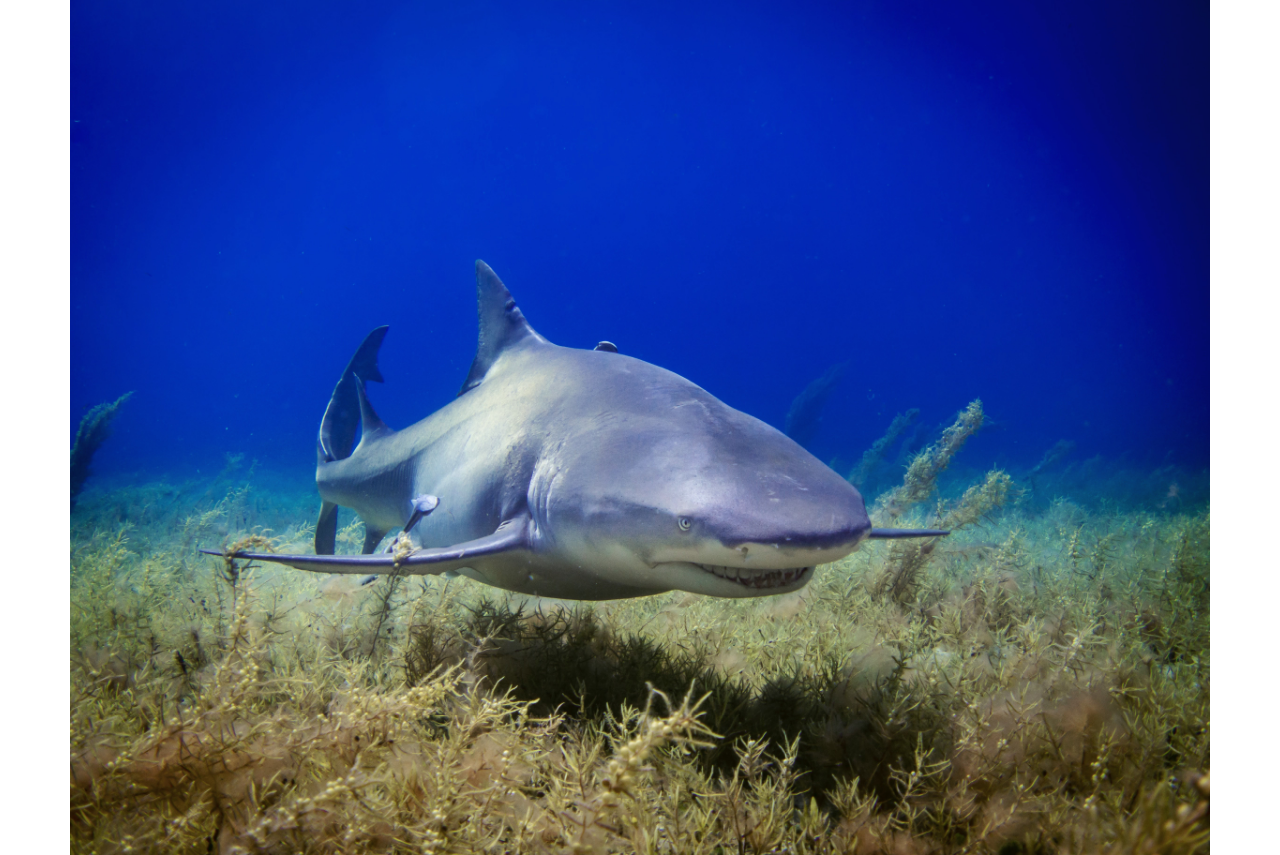
Repository: lacey-crenshaw/carousel
Page: index.html
The author's editor kept a copy of each file at every save. The page is drawn from the files as they stood at one save, then again after the next save.
The browser window is 1280 px wide. The pictures show the whole page.

Above is the page before, as saved 2020-02-16 17:23:50.

### index.html
<!DOCTYPE html>
<html lang="en">

<head>
    <link rel="stylesheet" href="https://maxcdn.bootstrapcdn.com/bootstrap/3.4.1/css/bootstrap.min.css">
    <meta charset="utf-8">
    <title>Bootstrap Carousel</title>



</head>

<body>

    <div class="container">
        <div class="row">
            <div class="col-sm-12">

                <div id="my-slider" class="carousel slide" data-ride="carousel">

                    <!-- indicators nav -->

                    <!-- wrapper for slides -->
                    <div class="carousel-inner" role="listbox">
                        <div class="item active">
                            <img src="images/blackShark.jpg" alt="Black Shark">
                        </div>

                    </div>

                    <!-- controls for next and previous buttons -->



                </div>

            </div>
        </div>
    </div>


    <script src="https://ajax.googleapis.com/ajax/libs/jquery/3.4.1/jquery.min.js"></script>
    <script src="https://maxcdn.bootstrapcdn.com/bootstrap/3.4.1/js/bootstrap.min.js"></script>
</body>

</html>

After the next save:
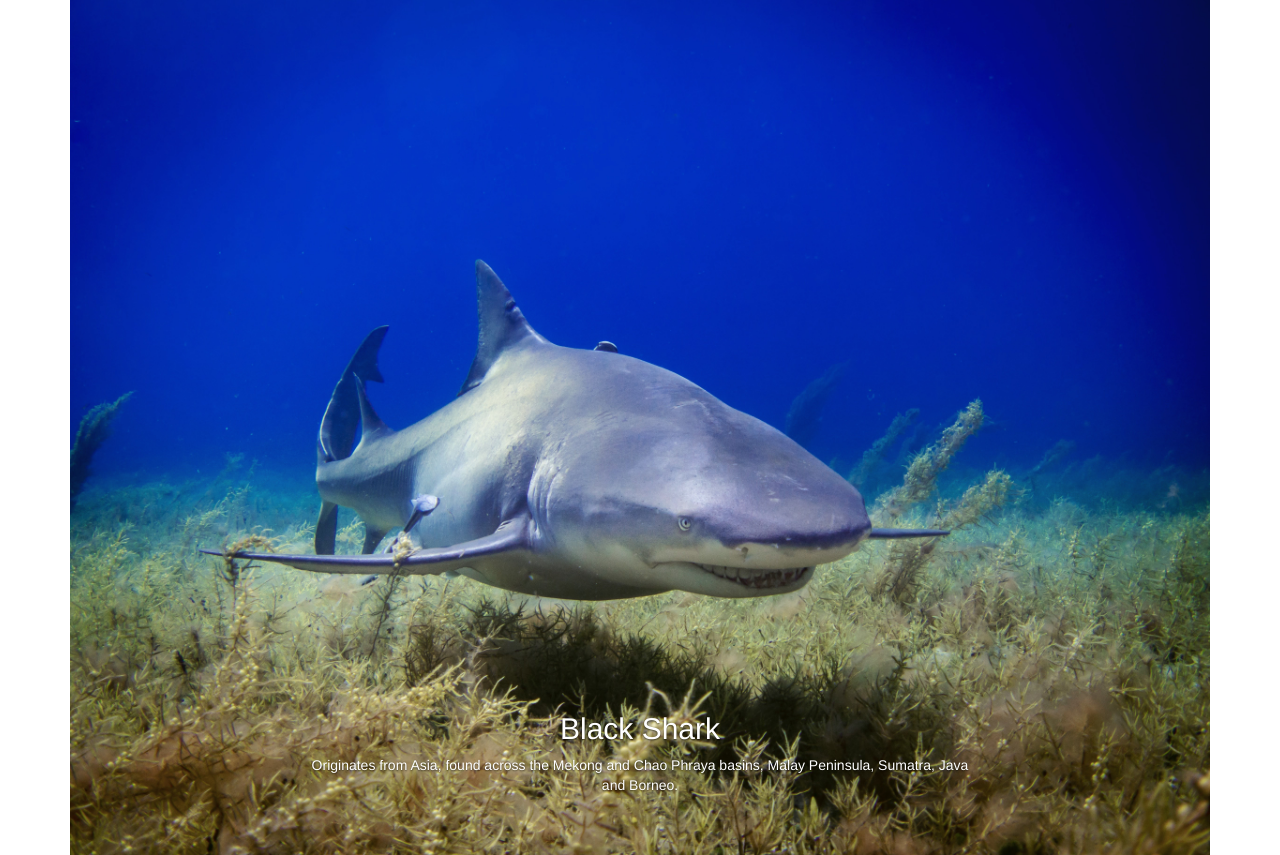
Saved 3 min 22 s later.
--- a/index.html
+++ b/index.html
@@ -24,6 +24,10 @@
                     <div class="carousel-inner" role="listbox">
                         <div class="item active">
                             <img src="images/blackShark.jpg" alt="Black Shark">
+                            <div class="carousel-caption">
+                                <h2>Black Shark</h2>
+                                <p>Originates from Asia, found across the Mekong and Chao Phraya basins, Malay Peninsula, Sumatra, Java and Borneo.</p>
+                            </div>
                         </div>
 
                     </div>
